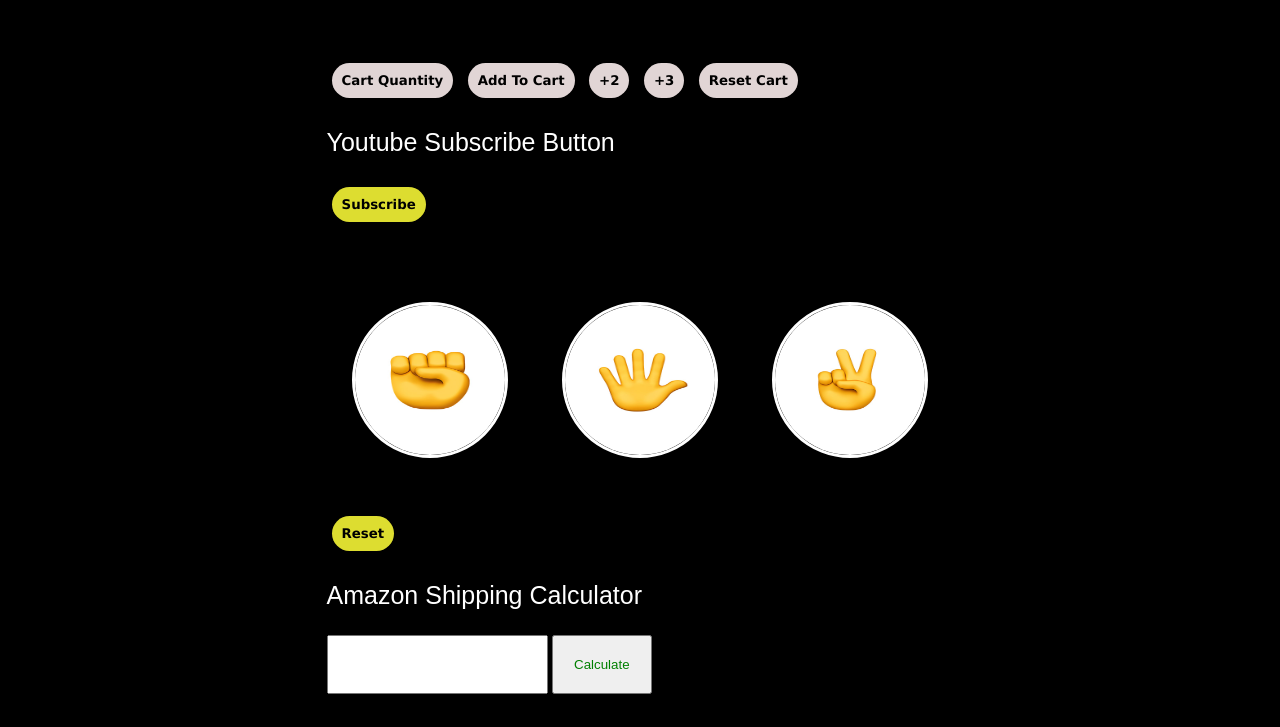
Repository: EguJaredoBoyd/Jared-Learning-Projects
Page: javascript-tutorial.html
An editor plug-in stored every save of this project. The page is shown before and after the next save, followed by the edit.
The browser window is 1280 px wide. The pictures show the whole page.

Above is the page before, as saved 2025-07-07 17:49:01.

### javascript-tutorial.html
<!DOCTYPE html>
<html lang="en">
<head>
    <meta charset="UTF-8">
    <meta name="viewport" content="width=device-width, initial-scale=1.0">
    <title>Document</title>
    <link rel="stylesheet" href="javascript-tutorial.css">
    <script src="javacript-tutorial.js" defer></script>
</head>
<body>
    <main>
        <section class="cart-class">
            <button onclick="cartDisplay()">Cart Quantity</button>
            <button onclick="addCart();
            cartDisplay()">Add To Cart</button>
            <button onclick="addCart2();
            cartDisplay()">+2</button>
            <button onclick="addCart3();
            cartDisplay()">+3</button>
            <button onclick="cartReset();
            cartDisplay()">Reset Cart</button>

            <p id="cart-quantity"></p>
            <p>Youtube Subscribe Button</p>
            <button onclick="subscribe()" class="sub-button">Subscribe</button>
        </section>

        <section class="game-play">
            <button onclick="selectRock()" class="rock"><img src="./images/rock.jpg" alt="Rock Hand Game"></button>
            <button onclick="selectPaper()"><img src="./images/paper.jpg" alt="Paper Hand Game"></button>
            <button onclick="selectScissors()"><img src="./images/scissors.jpg" alt="Scissiors Hand Game"></button>
            <p class="win-paragraph"></p>
            <p class="move-paragraph"></p>
            <p class="score-paragraph"></p>
            <button onclick="selectReset()" class="reset">Reset</button>
        </section>

        <section class="amazon-calculator">
            <p>Amazon Shipping Calculator</p>
            <input type="text" class="amazon-cost" onkeydown="handleCost(event)">
            <button onclick="calculateTotal()" class="calculator">Calculate</button>
            <p class="shipping-cost"></p>
        </section>
    </main>

</body>
</html>

### javascript-tutorial.css
body{
    font-family: Arial, Helvetica, sans-serif;
    background-color: black;
    display: flex;
    justify-content: center;
    padding-top: 50px;

}
.cart-class{
    margin-bottom: 50px;
}
.cart-class button{
    padding: 10px;
    margin: 5px;
    font-weight: bold;
    font-family: Verdana, Geneva, Tahoma, sans-serif;
    border: none;
    border-radius: 50px;

}
.cart-class button:not(.sub-button){
    background-color: rgb(225, 213, 213);

}
.sub-button{
    background-color: rgb(221, 221, 48);
}
.sub-button-two{
    background-color: rgb(225, 213, 213);
}
p{
    color: white;
}

/* game-section  */

.game-play button{
    padding: 10px;
    margin: 5px;
    font-weight: bold;
    font-family: Verdana, Geneva, Tahoma, sans-serif;
    border: none;
    border-radius: 50px;
}
.game-play button:not(.reset){
    background-color: transparent;
}
.reset{
    background-color: rgb(221, 221, 48);
}
.game-play:not(.reset) img{
    height: 150px;
    width: 150px;
    border: 3px solid white;
    border-radius: 50%;
    margin: 10px;

}
.win-paragraph, .score-paragraph{
    font-weight: bolder;
    font-style: italic;
    color:rgb(221, 221, 48) ;

}
section p{
    font-size: 25px;
}

/* Amazon Calculator App */
.amazon-calculator input{
    padding: 20px;

}
.amazon-calculator .calculator{
    padding: 20px;
    color: green;
}

### javacript-tutorial.js
let cartQuantity = 0;
function cartDisplay(){
    document.getElementById('cart-quantity').innerHTML = cartQuantity;
};

function addCart(){
    cartQuantity = cartQuantity + 1;
};

function addCart2(){
    cartQuantity += 2;
};

function addCart3(){
    cartQuantity += 3;
};

function cartReset(){
    alert("Cart has been reset");
    cartQuantity = 0;
};

function subscribe () {
    let subClick = document.querySelector('.sub-button');
        if (subClick.innerHTML === 'Subscribe') {
            subClick.innerHTML = 'Subscribed'
            subClick.classList.add('sub-button-two');
        } else{
            subClick.innerHTML = 'Subscribe'
            subClick.classList.remove('sub-button-two');

        }
    }




let computerMove = '';
let score = {
    wins: 0,
    losses: 0,
    ties: 0
};

// ✅ Fix 1: Load saved score if it exists in localStorage
const storage = localStorage.getItem('gameScore');
if (storage) {
    score = JSON.parse(storage);
}

console.log(score); // Optional: Just to confirm score is loaded

function selectRock() {
    // ✅ Fix 2: New random number every time the function runs
    let randomNumber = Math.random();

    if (randomNumber >= 0 && randomNumber < 1 / 3) {
        computerMove = 'rock';
    } else if (randomNumber >= 1 / 3 && randomNumber < 2 / 3) {
        computerMove = 'paper';
    } else {
        computerMove = 'scissors';
    }

    let result = '';
    if (computerMove === 'rock') {
        result = 'tie';
    } else if (computerMove === 'paper') {
        result = 'lose';
    } else if (computerMove === 'scissors') {
        result = 'win';
    }

    let newResult = '';
    if (result === 'win') {
        score.wins += 1;
        newResult = 'wins!';
    } else if (result === 'lose') {
        score.losses += 1;
        newResult = 'losses!';
    } else {
        score.ties += 1;
        newResult = 'ties!';
    }

    // ✅ Fix 3: Save updated score to localStorage
    localStorage.setItem('gameScore', JSON.stringify(score));

    let newScore, valueOne, valueTwo, outcomeOne, outcomeTwo;

    if (newResult === 'wins!') {
        newScore = score.wins;
        valueOne = score.losses;
        outcomeOne = 'losses';
        valueTwo = score.ties;
        outcomeTwo = 'ties';
    } else if (newResult === 'losses!') {
        newScore = score.losses;
        valueOne = score.wins;
        outcomeOne = 'wins';
        valueTwo = score.ties;
        outcomeTwo = 'ties';
    } else {
        newScore = score.ties;
        valueOne = score.wins;
        outcomeOne = 'wins';
        valueTwo = score.losses;
        outcomeTwo = 'losses';
    }

    alert(`You picked rock and the computer picked ${computerMove}, you ${result}!
You have ${newScore} ${newResult}, ${valueOne} ${outcomeOne}, and ${valueTwo} ${outcomeTwo}`);

    let rock = document.querySelector('.win-paragraph');
    rock.innerHTML = (`You picked rock and the computer picked ${computerMove}, you ${result}!
    You have ${newScore} ${newResult}, ${valueOne} ${outcomeOne}, and ${valueTwo} ${outcomeTwo}`);

    let rockMove = document.querySelector('.move-paragraph');
    rockMove.innerHTML = (`You - <img src="./images/rock.jpg" alt=""> : <img src="./images/${computerMove}.jpg" alt=""> - Computer`);

    let rockScore = document.querySelector('.score-paragraph');
    rockScore.innerHTML = (`You ${result}!`)

}

function selectPaper() {
    let randomNumber = Math.random();

    if (randomNumber >= 0 && randomNumber < 1 / 3) {
        computerMove = 'rock';
    } else if (randomNumber >= 1 / 3 && randomNumber < 2 / 3) {
        computerMove = 'paper';
    } else {
        computerMove = 'scissors';
    }

    let result = '';
    if (computerMove === 'paper') {
        result = 'tie';
    } else if (computerMove === 'scissors') {
        result = 'lose';
    } else if (computerMove === 'rock') {
        result = 'win';
    }

    let newResult = '';
    if (result === 'win') {
        score.wins += 1;
        newResult = 'wins!';
    } else if (result === 'lose') {
        score.losses += 1;
        newResult = 'losses!';
    } else {
        score.ties += 1;
        newResult = 'ties!';
    }

    localStorage.setItem('gameScore', JSON.stringify(score));

    let newScore, valueOne, valueTwo, outcomeOne, outcomeTwo;

    if (newResult === 'wins!') {
        newScore = score.wins;
        valueOne = score.losses;
        outcomeOne = 'losses';
        valueTwo = score.ties;
        outcomeTwo = 'ties';
    } else if (newResult === 'losses!') {
        newScore = score.losses;
        valueOne = score.wins;
        outcomeOne = 'wins';
        valueTwo = score.ties;
        outcomeTwo = 'ties';
    } else {
        newScore = score.ties;
        valueOne = score.wins;
        outcomeOne = 'wins';
        valueTwo = score.losses;
        outcomeTwo = 'losses';
    }

    alert(`You picked paper and the computer picked ${computerMove}, you ${result}!
You have ${newScore} ${newResult}, ${valueOne} ${outcomeOne}, and ${valueTwo} ${outcomeTwo}`);

    let paper = document.querySelector('.win-paragraph');
        paper.innerHTML = `You picked paper and the computer picked ${computerMove}, you ${result}!
You have ${newScore} ${newResult}, ${valueOne} ${outcomeOne}, and ${valueTwo} ${outcomeTwo}`;

    let paperMove = document.querySelector('.move-paragraph');
    paperMove.innerHTML = (`You - <img src="./images/paper.jpg" alt=""> : <img src="./images/${computerMove}.jpg" alt=""> - Computer`);

    let paperScore = document.querySelector('.score-paragraph');
    paperScore.innerHTML = (`You ${result}!`)


}

function selectScissors() {
    let randomNumber = Math.random();

    if (randomNumber >= 0 && randomNumber < 1 / 3) {
        computerMove = 'rock';
    } else if (randomNumber >= 1 / 3 && randomNumber < 2 / 3) {
        computerMove = 'paper';
    } else {
        computerMove = 'scissors';
    }

    let result = '';
    if (computerMove === 'scissors') {
        result = 'tie';
    } else if (computerMove === 'rock') {
        result = 'lose';
    } else if (computerMove === 'paper') {
        result = 'win';
    }

    let newResult = '';
    if (result === 'win') {
        score.wins += 1;
        newResult = 'wins!';
    } else if (result === 'lose') {
        score.losses += 1;
        newResult = 'losses!';
    } else {
        score.ties += 1;
        newResult = 'ties!';
    }

    localStorage.setItem('gameScore', JSON.stringify(score));

    let newScore, valueOne, valueTwo, outcomeOne, outcomeTwo;

    if (newResult === 'wins!') {
        newScore = score.wins;
        valueOne = score.losses;
        outcomeOne = 'losses';
        valueTwo = score.ties;
        outcomeTwo = 'ties';
    } else if (newResult === 'losses!') {
        newScore = score.losses;
        valueOne = score.wins;
        outcomeOne = 'wins';
        valueTwo = score.ties;
        outcomeTwo = 'ties';
    } else {
        newScore = score.ties;
        valueOne = score.wins;
        outcomeOne = 'wins';
        valueTwo = score.losses;
        outcomeTwo = 'losses';
    }

    alert(`You picked scissors and the computer picked ${computerMove}, you ${result}!
You have ${newScore} ${newResult}, ${valueOne} ${outcomeOne}, and ${valueTwo} ${outcomeTwo}`);

    let scissors = document.querySelector('.win-paragraph');
    scissors.innerHTML = (`You picked scissors and the computer picked ${computerMove}, you ${result}!
You have ${newScore} ${newResult}, ${valueOne} ${outcomeOne}, and ${valueTwo} ${outcomeTwo}`);

    let scissorsMove = document.querySelector('.move-paragraph');
    scissorsMove.innerHTML = (`You - <img src="./images/scissors.jpg" alt=""> : <img src="./images/${computerMove}.jpg" alt=""> - Computer`);

    let scissorsScore = document.querySelector('.score-paragraph');
    scissorsScore.innerHTML = (`You ${result}!`)

}

function selectReset() {
    score = {
        wins: 0,
        losses: 0,
        ties: 0
    };

    // ✅ Fix 4: Clear the score from localStorage too
    localStorage.removeItem('gameScore');

    alert(`Your score has been reset.`);

    let scoreReset = document.querySelector('.win-paragraph');
    scoreReset.innerHTML = ('Your score has been reset.');

    let resetMove = document.querySelector('.move-paragraph');
    resetMove.innerHTML = (``);

    let resetScore = document.querySelector('.score-paragraph');
    resetScore.innerHTML = (``)
};

function calculateTotal() {
    const amazonCost = document.querySelector('.amazon-cost');
    let cost = Number(amazonCost.value);

    let amount = 50;
    if (cost < amount) {
        cost = cost + 10;

    }

    document.querySelector('.shipping-cost').innerHTML = cost;
    console.log(cost);



};

function handleCost(event) {
    if (event.key === 'Enter') {
        calculateTotal();
    }
};

After the next save:
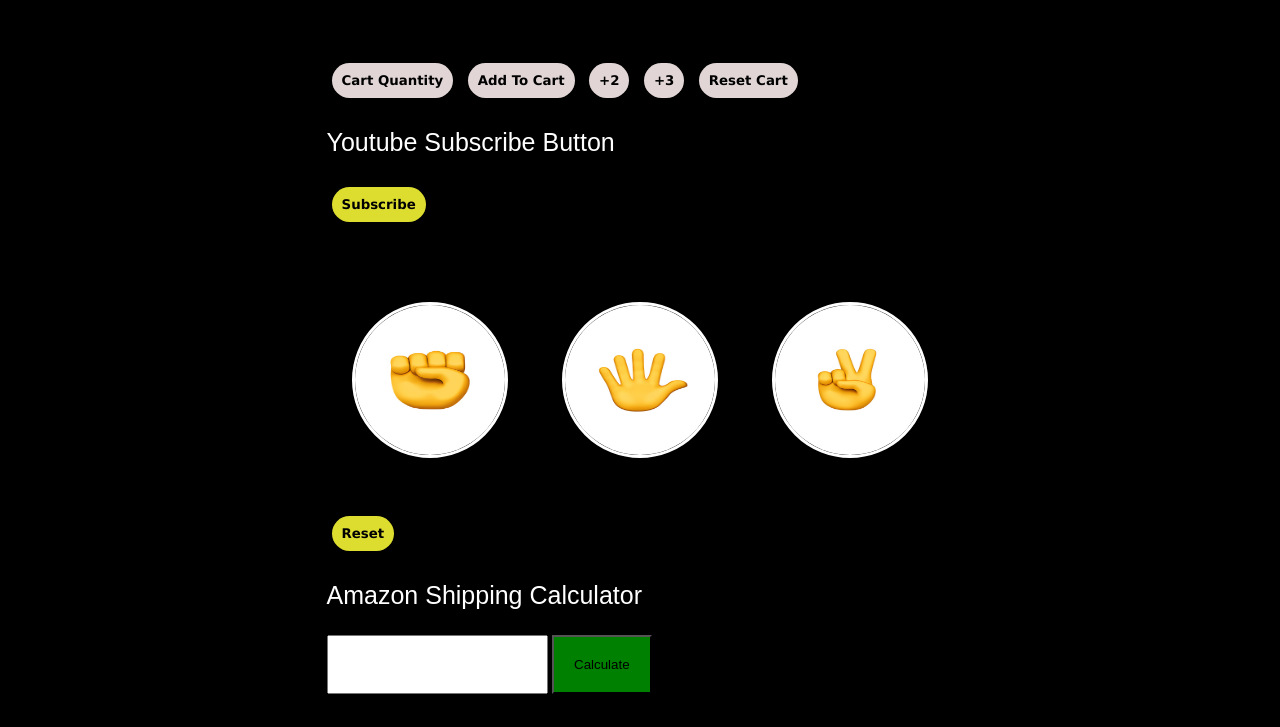
Saved 45 s later.
--- a/javascript-tutorial.css
+++ b/javascript-tutorial.css
@@ -73,5 +73,5 @@ section p{
 }
 .amazon-calculator .calculator{
     padding: 20px;
-    color: green;
+    background-color: green;
 }
